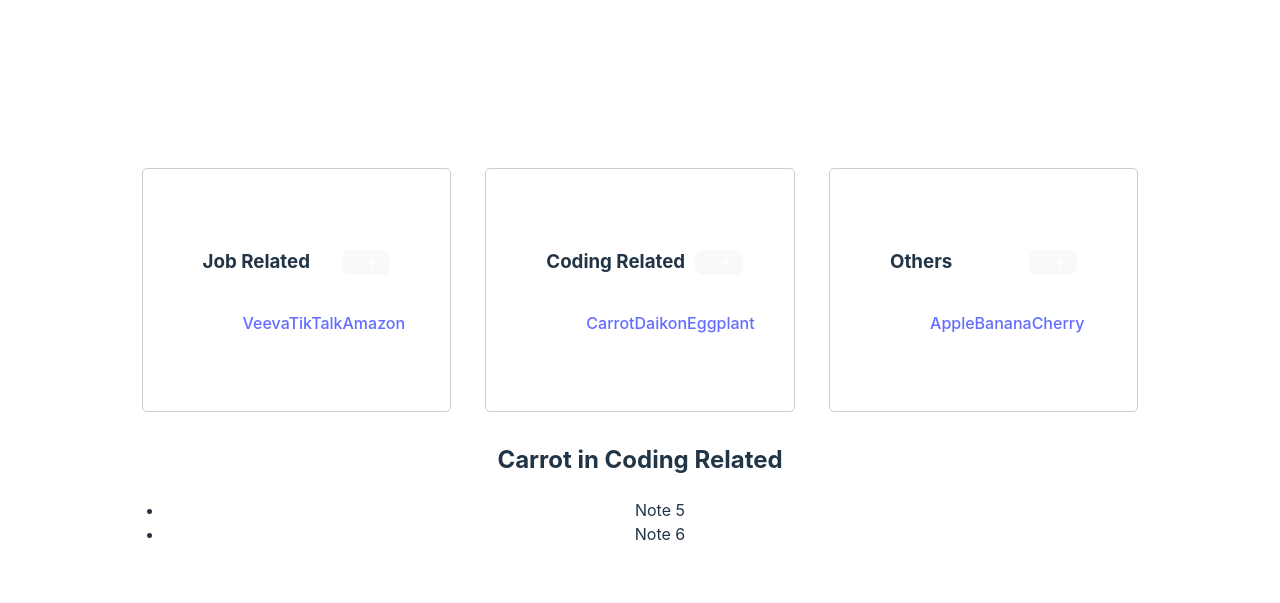
Repository: UofS-Jinhua/MyWebApp
Page: /Coding Related/Carrot
These files come from the project's save history. The page is drawn as it stood at one moment and after the next save; the edit follows.
The browser window is 1280 px wide. The pictures show the whole page.
The project was rebuilt for these pictures with package versions that can differ from the ones it lists, and the page was loaded fresh each time. Also part of the build but not shown: vite.config.js.

Above is the page before, as saved 2024-10-23 15:31:55.

### src/App.jsx
import { useState } from "react";
import { BrowserRouter as Router, Route, Routes } from "react-router-dom";
import "./App.css";
import Category from "./components/Category";
import SubCategory from "./components/SubCategory";

function App() {
  return (
    <Router>
      <div className="categories-container">
        <Category
          c_name="Job Related"
          contents={["Veeva", "TikTalk", "Amazon"]}
        />
        <Category
          c_name="Coding Related"
          contents={["Carrot", "Daikon", "Eggplant"]}
        />

        <Category c_name="Others" contents={["Apple", "Banana", "Cherry"]} />
      </div>

      <Routes>
        <Route path="/:category/:subCategory" element={<SubCategory />} />
      </Routes>
    </Router>
  );
}

export default App;

### src/App.css
#root {
  max-width: 1280px;
  margin: 0 auto;
  padding: 2rem;
  text-align: center;
}

.categories-container {
  display: flex;
  justify-content: space-around;
}

.category {
  margin: 10px;
  padding: 60px;
  border: 1px solid #ccc;
  border-radius: 5px;
  width: 30%;
  box-sizing: border-box;
}

.category-header {
  display: flex;
  justify-content: space-between;
  align-items: center;
  white-space: nowrap; /* 防止换行 */
}

.add-button {
  /* background-color: #4caf50; */
  color: white;
  border: none;
  /* border-radius: 50%; */
  margin-left: 10px;
  width: 25px;
  height: 25px;
  font-size: 20px;
  line-height: 0px;
  text-align: center;
  cursor: pointer;
}

.add-button:hover {
  background-color: gray;
}

### src/components/Category.jsx
import { useState } from "react";
import { Link } from "react-router-dom";

export default function Category({ c_name, contents }) {
  const [cur_contents, set_cur_contents] = useState(contents);

  function addContent() {
    const new_content = prompt("Enter new content:");
    if (new_content !== null && new_content.trim() !== "") {
      set_cur_contents([...cur_contents, new_content.trim()]);
    }
  }

  return (
    <div className="category">
      <div className="category-header">
        <h3>{c_name}</h3>
        <button className="add-button" onClick={addContent}>
          +
        </button>
      </div>
      <ul>
        {cur_contents.map((content, index) => (
          <Link to={`/${c_name}/${content}`}>{content}</Link>
        ))}
      </ul>
    </div>
  );
}

### src/components/SubCategory.jsx
import { useParams } from "react-router-dom";

export default function SubCategory() {
  const { category, subCategory } = useParams();

  // 假设我们有一个笔记数据结构
  const notes = {
    "Job Related": {
      Meetings: ["Note 1", "Note 2"],
      Projects: ["Note 3", "Note 4"],
    },
    "Coding Related": {
      Carrot: ["Note 5", "Note 6"],
      Daikon: ["Note 7", "Note 8"],
    },
    Others: {
      Apple: ["Note 9", "Note 10"],
      Banana: ["Note 11", "Note 12"],
    },
  };

  const subCategoryNotes = notes[category][subCategory] || [];

  return (
    <div>
      <h2>
        {subCategory} in {category}
      </h2>
      <ul>
        {subCategoryNotes.map((note, index) => (
          <li key={index}>{note}</li>
        ))}
      </ul>
    </div>
  );
}

Loaded but not shown: index.html (common file); src/main.jsx (common file); src/index.css (common file)

After the next save:
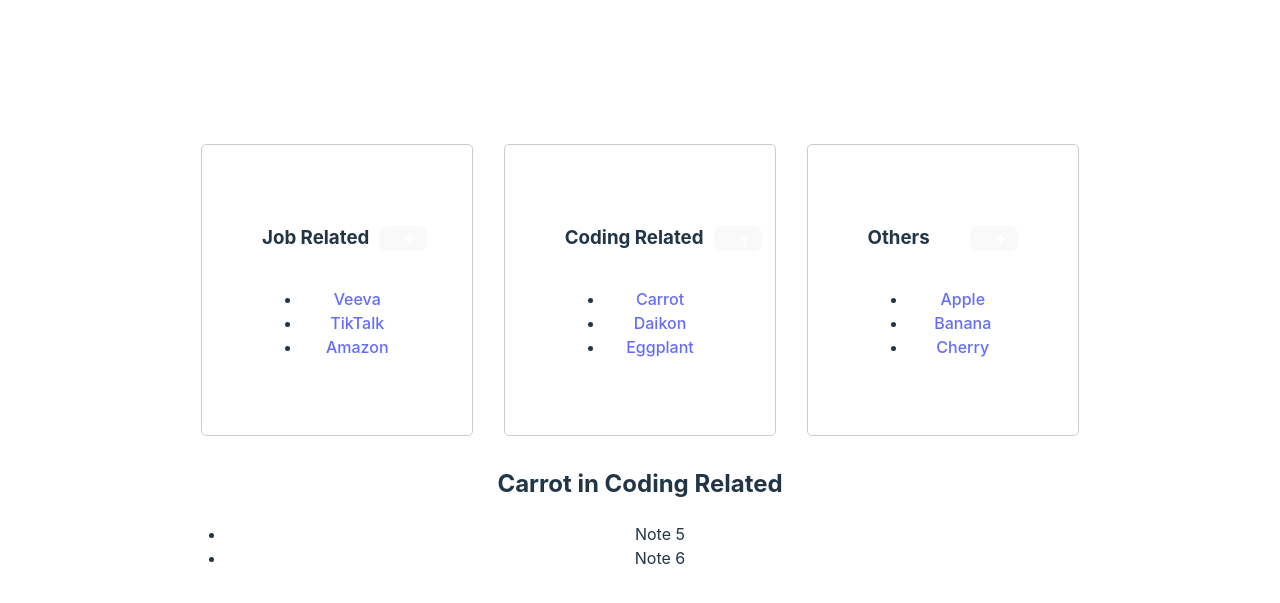
Saved 56 s later.
--- a/src/components/Category.jsx
+++ b/src/components/Category.jsx
@@ -21,7 +21,10 @@
       </div>
       <ul>
         {cur_contents.map((content, index) => (
-          <Link to={`/${c_name}/${content}`}>{content}</Link>
+          <li>
+            {" "}
+            <Link to={`/${c_name}/${content}`}>{content}</Link>
+          </li>
         ))}
       </ul>
     </div>
